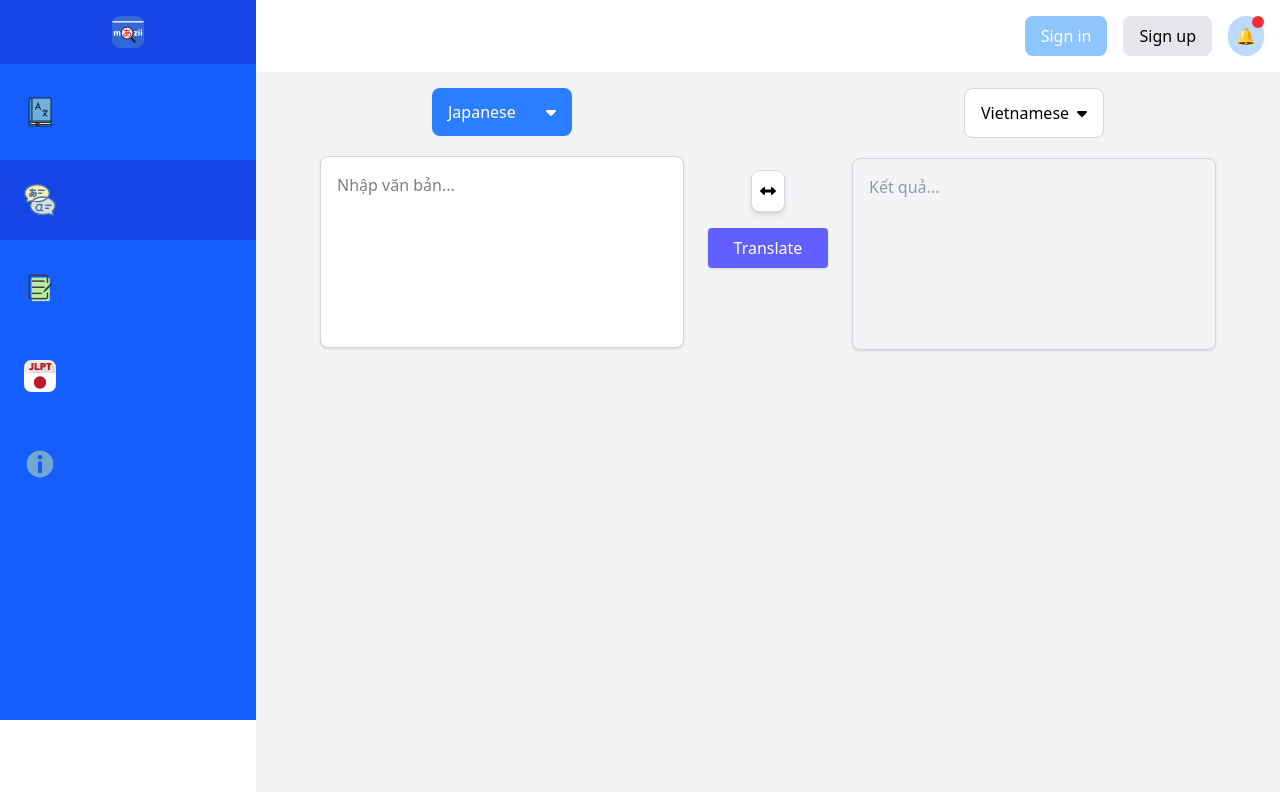
Repository: reminzuetto/JapaneseTranslationApp
Page: /translate
These files come from the project's save history. The page is drawn as it stood at one moment and after the next save; the edit follows.
The browser window is 1280 px wide. The pictures show the whole page.
The page's requests for data from a server got no answer. The project was rebuilt for these pictures with package versions that can differ from the ones it lists, and the page was loaded fresh each time. No one was signed in, and anything a server would have sent is missing. Also part of the build but not shown: vite.config.js, src/components/Header/NotificationItem.jsx, src/components/SeachBar/DropDownButton.jsx, src/components/SeachBar/SearchInput.jsx, src/components/SeachBar/SearchBar.jsx, src/pages/Home.jsx, src/Firebase.jsx, src/pages/SignInForm.jsx and 5 more.

Above is the page before, as saved 2025-03-18 00:10:38.

### src/App.jsx
import React, { useState } from "react";
import { BrowserRouter as Router, Routes, Route } from "react-router-dom";
import Header from "./components/Header/Header";
import Home from "./pages/Home";
import Sidebar from "./components/SideBar/SideBar";
import SignInForm from "./pages/SignInForm";
import SignUpForm from "./pages/SignUpForm";
import SearchPage from "./pages/SearchPage";
import TranslatePage from "./pages/TranslatePage";
import CollectionPage from "./pages/CollectionPage";
import JLPTPage from "./pages/JLPTPage";
import AboutPage from "./pages/AboutPage";

function App() {
  const [isSidebarOpen, setIsSidebarOpen] = useState(false);

  return (
    <Router>
      <div className="flex">
        {/* Sidebar */}
        <Sidebar isOpen={isSidebarOpen} setIsOpen={setIsSidebarOpen} />

        {/* Nội dung chính */}
        <div
          className={`flex-1 transition-all duration-300 ${
            isSidebarOpen ? "ml-64" : "ml-20"
          }`}
        >
          <Header />
          <Routes>
            <Route path="/" element={<Home />} />
            <Route path="/signin" element={<SignInForm />} />
            <Route path="/signup" element={<SignUpForm />} />
            <Route path="/search" element={<SearchPage />} />
            <Route path="/translate" element={<TranslatePage />} />
            <Route path="/collection" element={<CollectionPage />} />
            <Route path="/jlpt" element={<JLPTPage />} />
            <Route path="/about" element={<AboutPage />} />
          </Routes>
        </div>
      </div>
    </Router>
  );
}

export default App;

### src/components/Header/Header.jsx
import React, { useState } from "react";
import useClickOutside from "../../hooks/useClickOutside";
import notificationsData from "/src/Data.js";
import NotificationItem from "../Header/NotificationItem";
import { Link } from "react-router-dom";

const Header = () => {
  const { show, setShow, nodeRef } = useClickOutside();
  const [notifications, setNotifications] = useState(notificationsData);

  const markAsSeen = (id) => {
    setNotifications((prev) =>
      prev.map((item) => (item.id === id ? { ...item, seen: true } : item))
    );
  };

  return (
    <header className="flex items-center justify-end p-4 bg-white shadow-md  top-0 left-0 w-full z-50">
      <div className="flex items-center gap-4">
        <Link to="/signin">
          <button className="px-4 py-2 text-white bg-blue-300 rounded-lg hover:bg-blue-500">
            Sign in
          </button>
        </Link>

        <Link to="/signup">
          <button className="px-4 py-2 text-blue bg-gray-200 rounded-lg hover:bg-blue-500 hover:text-white">
            Sign up
          </button>
        </Link>
        <div className="relative" ref={nodeRef}>
          <div
            className="relative p-2 rounded-full bg-blue-200 hover:bg-blue-400 cursor-pointer"
            onClick={() => setShow(!show)}
          >
            🔔
            {notifications.some((item) => !item.seen) && (
              <span className="absolute top-0 right-0 w-3 h-3 bg-red-500 rounded-full"></span>
            )}
          </div>

          {show && (
            <div className="absolute top-full -left-2 min-w-[250px] translate-x-[-100%] mt-2 bg-white shadow-lg rounded-lg border border-gray-200">
              {notifications.length > 0 ? (
                notifications.map((item) => (
                  <NotificationItem
                    key={item.id}
                    id={item.id}
                    title={item.title}
                    time={item.time}
                    seen={item.seen}
                    onMarkAsSeen={markAsSeen}
                  />
                ))
              ) : (
                <div className="p-4 text-center text-gray-400">
                  Không có thông báo mới
                </div>
              )}
            </div>
          )}
        </div>
      </div>
    </header>
  );
};

export default Header;

### src/components/SideBar/SideBar.jsx
import React from "react";
import { NavLink } from "react-router-dom";

const SidebarItem = ({ src, text, to }) => (
  <li className="w-full">
    <NavLink
      to={to}
      className={({ isActive }) =>
        `flex items-center h-20 text-gray-200 no-underline transition duration-500 hover:bg-blue-700 hover:text-white hover:shadow-lg hover:font-bold hover:rounded-lg hover:ml-3 hover:mr-3 ${
          isActive ? "bg-blue-700 font-bold text-white" : ""
        }`
      }
    >
      <img className="w-8 min-w-8 mx-6" src={src} alt={text} />
      <span className="hidden group-hover:block ml-4">{text}</span>
    </NavLink>
  </li>
);

const SideBar = ({ isOpen, setIsOpen }) => {
  const menuItems = [
    { src: "/src/assets/SearchIcon.png", text: "Search", to: "/search" },
    {
      src: "/src/assets/TranslateIcon.png",
      text: "Translate",
      to: "/translate",
    },
    {
      src: "/src/assets/CollectionIcon.png",
      text: "Collection",
      to: "/collection",
    },
    { src: "/src/assets/JLPTIcon.png", text: "JLPT", to: "/jlpt" },
    { src: "/src/assets/AboutIcon.jpg", text: "About us", to: "/about" },
  ];

  return (
    <nav
      className={`w-20 h-screen fixed z-51 bg-blue-600 transition-all duration-200 hover:w-64 group ${
        isOpen ? "w-64" : "w-20"
      }`}
      onMouseEnter={() => setIsOpen(true)}
      onMouseLeave={() => setIsOpen(false)}
    >
      <ul className="flex flex-col items-center space-y-2">
        <li className="w-full text-center py-4 bg-blue-700 font-bold uppercase text-white text-2xl">
          <NavLink className="flex items-center justify-center" to="/">
            <img
              className="w-8 h-8 rounded-lg transition-transform duration-600 group-hover:rotate-[-360deg]"
              src="/src/assets/MaziiLogo.png"
              alt="Mazii logo"
            />
            <span className="hidden group-hover:block ml-4">Mazzi</span>
          </NavLink>
        </li>
        {menuItems.map((item, index) => (
          <SidebarItem
            key={index}
            src={item.src}
            text={item.text}
            to={item.to}
          />
        ))}
      </ul>
    </nav>
  );
};

export default SideBar;

### src/pages/TranslatePage.jsx
import React, { useState } from "react";
import LanguageSelector from "../components/TranslatePage/LanguageSelector";
import TextBox from "../components/TranslatePage/TextBox";
import { FontAwesomeIcon } from "@fortawesome/react-fontawesome";
import { faArrowsAltH } from "@fortawesome/free-solid-svg-icons";

const TranslatePage = () => {
  const [state, setState] = useState({
    text: "",
    translatedText: "",
    sourceLang: "ja",
    targetLang: "vi",
  });

  const languageOptions = [
    { label: "Japanese", value: "ja" },
    { label: "Vietnamese", value: "vi" },
    { label: "English", value: "en" },
  ];

  const handleTranslate = async () => {
    if (!state.text) return;
    setState((prev) => ({
      ...prev,
      translatedText: `(${prev.targetLang}) ${prev.text}`,
    }));
  };

  const swapLanguages = () => {
    setState((prev) => ({
      ...prev,
      sourceLang: prev.targetLang,
      targetLang: prev.sourceLang,
      text: prev.translatedText,
      translatedText: prev.text,
    }));
  };

  return (
    <div className="flex flex-col items-center min-h-screen bg-gray-100 p-4">
      <div className="grid grid-cols-12 gap-4 max-w-4xl w-full">
        {/* Ô nhập ngôn ngữ gốc */}
        <div className="col-span-5 flex flex-col items-center gap-5">
          <LanguageSelector
            type="from"
            value={state.sourceLang}
            onChange={(lang) =>
              setState((prev) => ({ ...prev, sourceLang: lang }))
            }
            options={languageOptions}
          />
          <TextBox
            value={state.text}
            onChange={(text) => setState((prev) => ({ ...prev, text }))}
          />
        </div>

        {/* Khu vực nút chuyển đổi */}
        <div className="col-span-2 flex flex-col justify-center items-center space-y-4">
          <button
            onClick={swapLanguages}
            className="p-2 bg-white text-black rounded-lg shadow-md border border-gray-300 hover:bg-gray-200 transition"
          >
            <FontAwesomeIcon icon={faArrowsAltH} />
          </button>

          <button
            onClick={handleTranslate}
            className="px-4 py-2 w-[120px] bg-indigo-500 text-white rounded shadow hover:bg-indigo-600"
          >
            Translate
          </button>
        </div>

        {/* Ô hiển thị kết quả dịch */}
        <div className="col-span-5 flex flex-col items-center gap-5">
          <LanguageSelector
            type="to"
            value={state.targetLang}
            onChange={(lang) =>
              setState((prev) => ({ ...prev, targetLang: lang }))
            }
            options={languageOptions}
          />
          <TextBox value={state.translatedText} readOnly />
        </div>
      </div>
    </div>
  );
};

export default TranslatePage;

### src/hooks/useClickOutside.jsx
import { useEffect, useRef, useState } from "react";

export default function useClickOutside(dom = "button") {
  const [show, setShow] = useState(false);
  const nodeRef = useRef(null);
  useEffect(() => {
    const handleClickOutside = (event) => {
      if (
        nodeRef.current &&
        !nodeRef.current.contains(event.target) &&
        !event.target.matches(dom)
      ) {
        setShow(false);
      }
    };
    document.addEventListener("click", handleClickOutside);
    return () => {
      document.removeEventListener("click", handleClickOutside);
    };
  }, []);

  return {
    show,
    setShow,
    nodeRef,
  };
}

### src/Data.js
const notificationsData = [
  {
    id: 1,
    title: "JavaScript Update",
    content: "Phiên bản mới của JavaScript đã được phát hành.",
    time: "10 phút trước",
    seen: false,
  },
  {
    id: 2,
    title: "ReactJS Tips",
    content: "Học cách tối ưu hóa hiệu suất trong ReactJS.",
    time: "30 phút trước",
    seen: true,
  },
  {
    id: 3,
    title: "VueJS News",
    content: "Vue 3 đang ngày càng phổ biến hơn!",
    time: "1 giờ trước",
    seen: false,
  },
  {
    id: 4,
    title: "Next.js Guide",
    content: "Làm thế nào để sử dụng Server Actions hiệu quả?",
    time: "3 giờ trước",
    seen: true,
  },
  {
    id: 5,
    title: "PostgreSQL Tips",
    content: "Cách tối ưu truy vấn SQL cho tốc độ nhanh hơn.",
    time: "5 giờ trước",
    seen: false,
  },
];

export default notificationsData;

### src/components/TranslatePage/LanguageSelector.jsx
import { useState, useRef, useEffect } from "react";
import { FontAwesomeIcon } from "@fortawesome/react-fontawesome";
import { faCaretUp, faCaretDown } from "@fortawesome/free-solid-svg-icons";

function LanguageSelector({ type, value, onChange, options }) {
  const [isOpen, setIsOpen] = useState(false);
  const dropdownRef = useRef(null);

  useEffect(() => {
    function handleClickOutside(event) {
      if (dropdownRef.current && !dropdownRef.current.contains(event.target)) {
        setIsOpen(false);
      }
    }
    document.addEventListener("mousedown", handleClickOutside);
    return () => {
      document.removeEventListener("mousedown", handleClickOutside);
    };
  }, []);

  const selectedLabel =
    options.find((option) => option.value === value)?.label || "Chọn ngôn ngữ";

  // Xác định màu nền theo loại (From/To)
  const bgColor = type === "from" ? "bg-blue-500" : "bg-white";
  const hover =
    type === "from"
      ? "hover:bg-blue-600"
      : "hover:bg-blue-600 hover:text-white";
  const textColor = type === "from" ? "text-white" : "text-black";
  const border = type === "from" ? "" : "border border-gray-300";
  return (
    <div className="relative w-auto mx-10" ref={dropdownRef}>
      <button
        className={`flex items-center justify-between whitespace-nowrap ${bgColor} font-medium px-4 py-3 rounded-lg ${hover} ${textColor} ${border} transition cursor-pointer w-35`}
        onClick={() => setIsOpen(!isOpen)}
      >
        <span>{selectedLabel}</span>
        <FontAwesomeIcon
          icon={isOpen ? faCaretUp : faCaretDown}
          className="ml-2"
        />
      </button>

      {isOpen && (
        <ul className="absolute left-0 right-0 mt-2 bg-gray-200 text-gray-900 text-lg rounded-md shadow-lg z-10">
          {options.map((option) => (
            <li
              key={option.value}
              className="flex items-center justify-between px-4 py-3 hover:bg-gray-300 cursor-pointer transition"
              onClick={() => {
                onChange(option.value);
                setIsOpen(false);
              }}
            >
              <span>{option.label}</span>
            </li>
          ))}
        </ul>
      )}
    </div>
  );
}

export default LanguageSelector;

### src/components/TranslatePage/TextBox.jsx
const TextBox = ({ value, onChange, readOnly = false }) => {
  return (
    <textarea
      value={value}
      onChange={(e) => onChange && onChange(e.target.value)}
      placeholder={readOnly ? "Kết quả..." : "Nhập văn bản..."}
      readOnly={readOnly}
      className={`w-full p-4 border border-gray-300 rounded-lg h-48 resize-none shadow-sm focus:outline-none focus:ring-2 focus:ring-blue-500 transition ${
        readOnly ? "bg-gray-100 text-gray-700" : "bg-white"
      }`}
    />
  );
};

export default TextBox;

Loaded but not shown: index.html (common file); src/main.jsx (common file); src/index.css (common file)

After the next save:
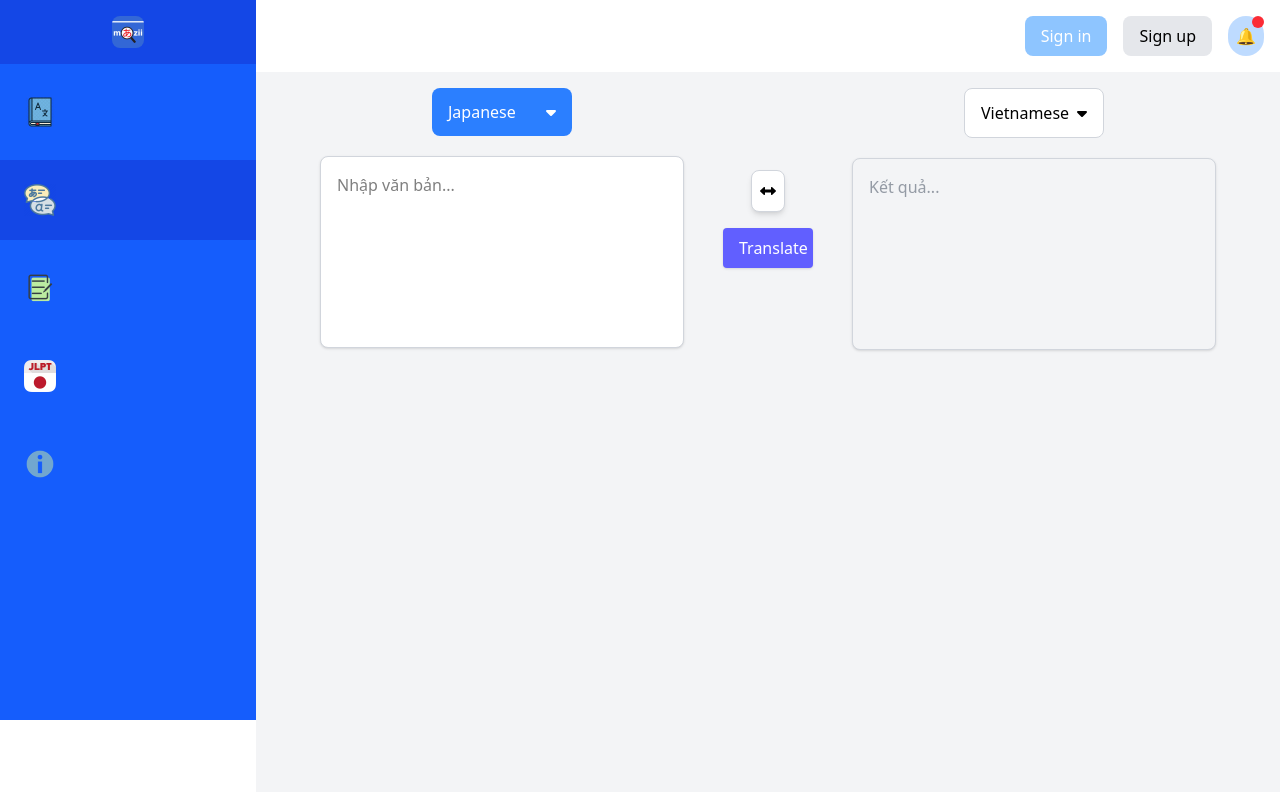
Saved 4 s later.
--- a/src/pages/TranslatePage.jsx
+++ b/src/pages/TranslatePage.jsx
@@ -66,7 +66,7 @@ const TranslatePage = () => {
 
           <button
             onClick={handleTranslate}
-            className="px-4 py-2 w-[120px] bg-indigo-500 text-white rounded shadow hover:bg-indigo-600"
+            className="px-4 py-2 w-[90px] bg-indigo-500 text-white rounded shadow hover:bg-indigo-600"
           >
             Translate
           </button>
